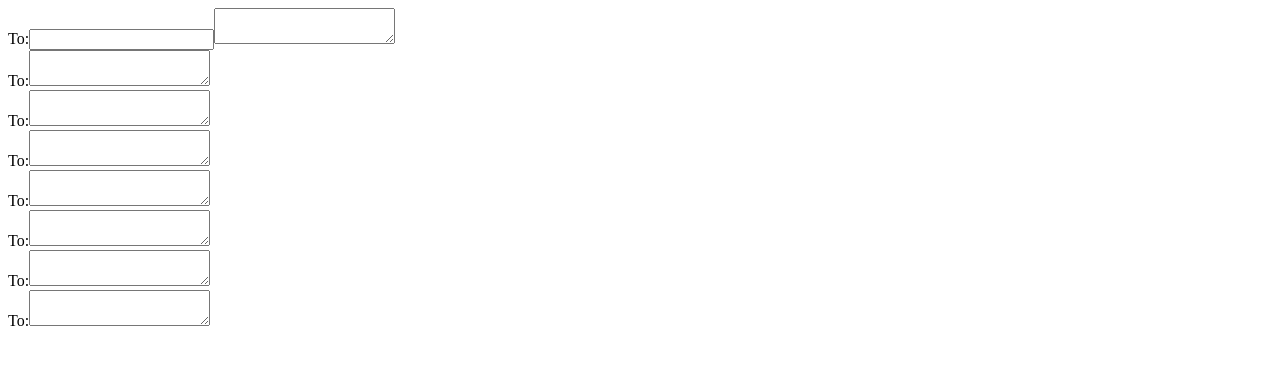
Repository: SarfarazG/java
Page: http://localhost/mailing_system/SentMail.jsp
The author's editor kept a copy of each file at every save. The page is drawn from the files as they stood at one save, then again after the next save.
The browser window is 1280 px wide. The pictures show the whole page.
The page is served by Tomcat 9.

Above is the page before, as saved 2016-09-03 10:26:51.

After the next save:
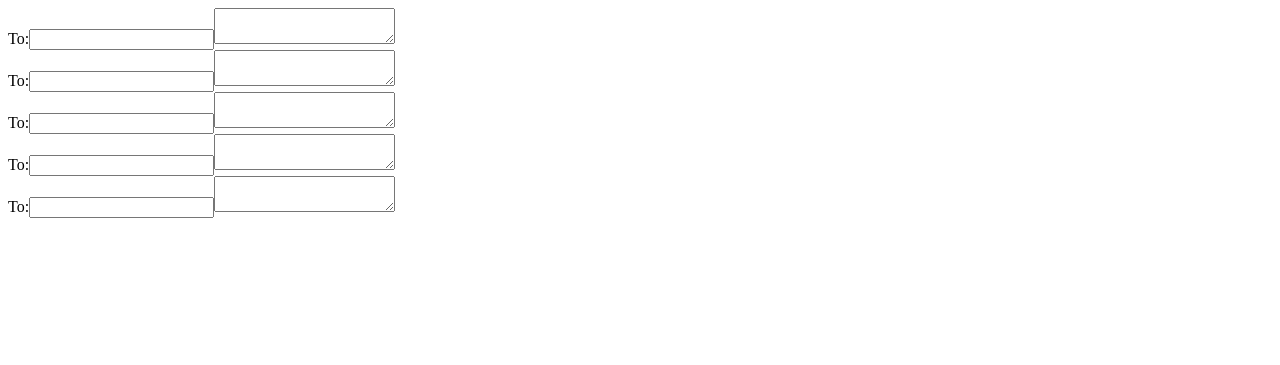
Saved 73 s later.
--- a/mailing_system/WebContent/SentMail.jsp
+++ b/mailing_system/WebContent/SentMail.jsp
@@ -9,13 +9,10 @@
 <body>
 <form action="">
 To:<input type="text"><textarea ></textarea><br>
-To:<textarea ></textarea><br>
-To:<textarea ></textarea><br>
-To:<textarea ></textarea><br>
-To:<textarea ></textarea><br>
-To:<textarea ></textarea><br>
-To:<textarea ></textarea><br>
-To:<textarea ></textarea><br>
+To:<input type="text"><textarea ></textarea><br>
+To:<input type="text"><textarea ></textarea><br>
+To:<input type="text"><textarea ></textarea><br>
+To:<input type="text"><textarea ></textarea><br>
 
 </form>
 
